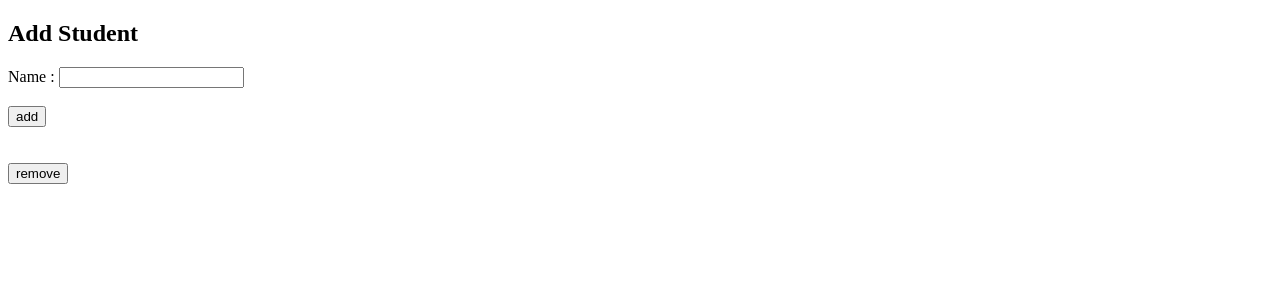
Repository: mistikel/Java-Servlet-3
Page: http://localhost/SampleServlet/Servlet
The author's editor kept a copy of each file at every save. The page is drawn from the files as they stood at one save, then again after the next save.
The browser window is 1280 px wide. The pictures show the whole page.
The page is served by Tomcat 9.

Above is the page before, as saved 2017-04-21 02:57:42.

After the next save:
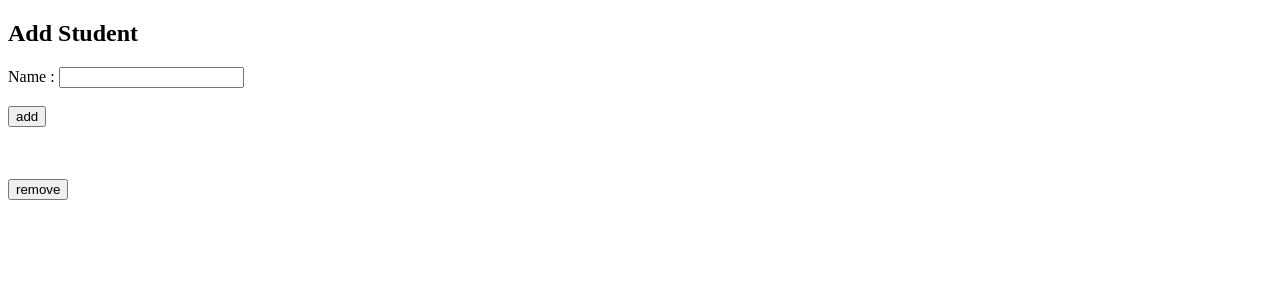
Saved 62 s later.
--- a/Java Servlet 3 Exercise/project4-exercise/SampleServlet/WebContent/hello.jsp
+++ b/Java Servlet 3 Exercise/project4-exercise/SampleServlet/WebContent/hello.jsp
@@ -17,11 +17,11 @@
 	<br>
 	<br>
 </form>
-
+<ul>
 <c:forEach items="${name}" var="name">
         ${name}
 </c:forEach>
-
+</ul>
 <br>
 <input type="submit" name="remove" value="remove">
 
